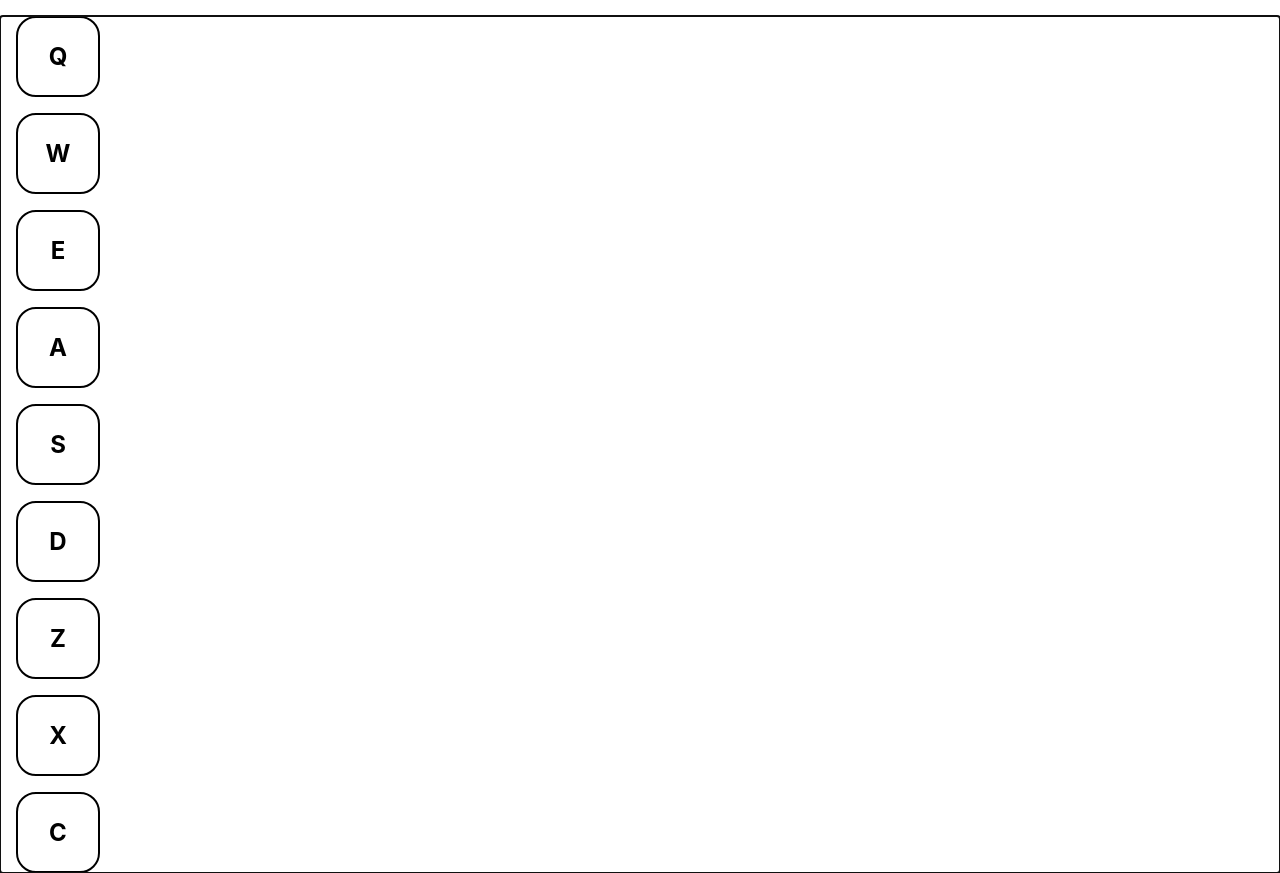
Repository: milac0/drum-machine
Page: /
These files come from the project's save history. The page is drawn as it stood at one moment and after the next save; the edit follows.
The browser window is 1280 px wide. The pictures show the whole page.
The project was rebuilt for these pictures with package versions that can differ from the ones it lists, and the page was loaded fresh each time.

Above is the page before, as saved 2019-10-25 17:23:54.

After the next save:
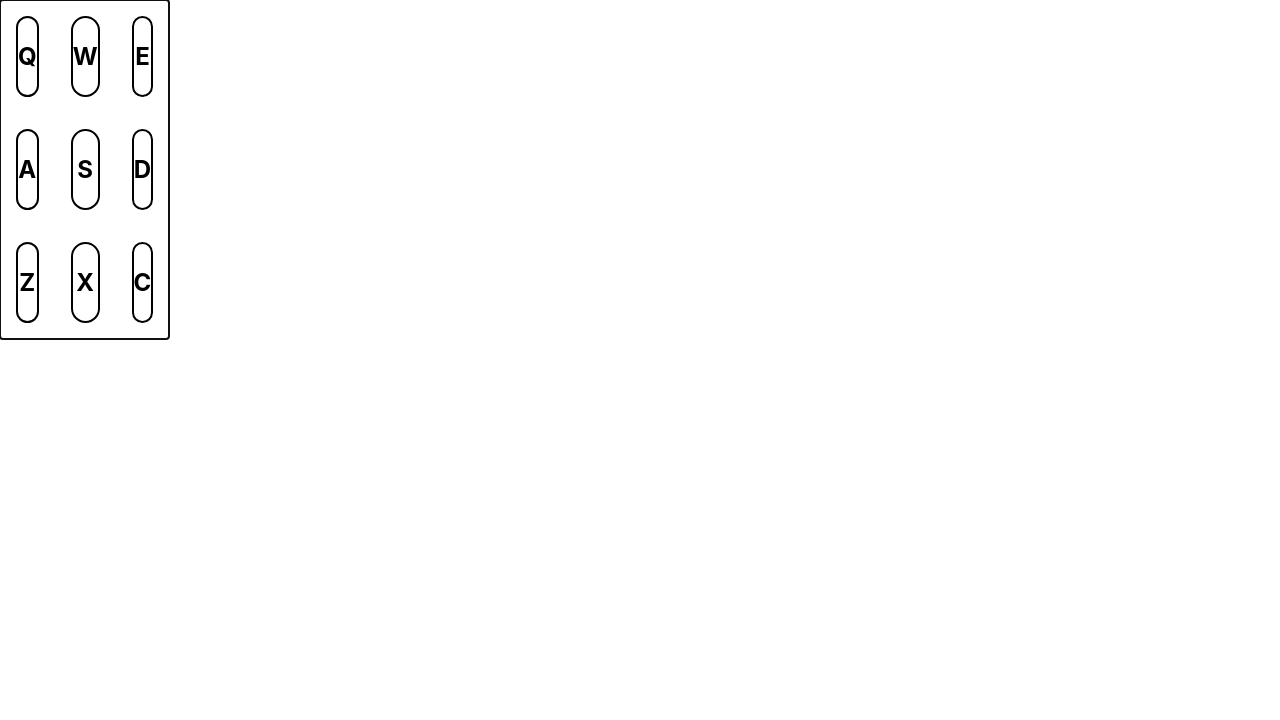
Saved 34 s later.
--- a/src/App.css
+++ b/src/App.css
@@ -9,7 +9,7 @@
   display: inline-grid;
 } */
 
-.drum-machine {
+#drum-machine {
   display: inline-grid;
   grid-template-columns: auto auto auto;
 }
